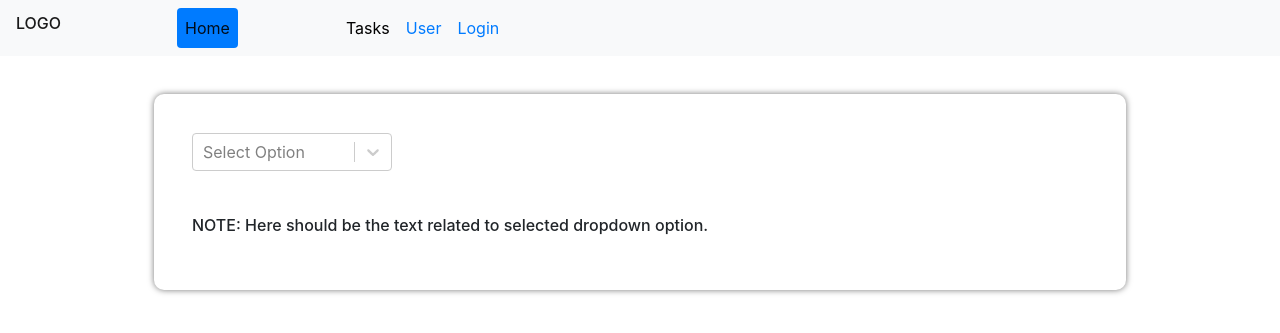
Repository: lalji-yadav/Nimapinfotech-demo-project
Page: /
An editor plug-in stored every save of this project. The page is shown before and after the next save, followed by the edit.
The browser window is 1280 px wide. The pictures show the whole page.
The project was rebuilt for these pictures with package versions that can differ from the ones it lists, and the page was loaded fresh each time. Also part of the build but not shown: src/components/Tasks.js, src/components/Users.js, src/components/Login.js.

Above is the page before, as saved 2021-01-18 16:39:55.

After the next save:
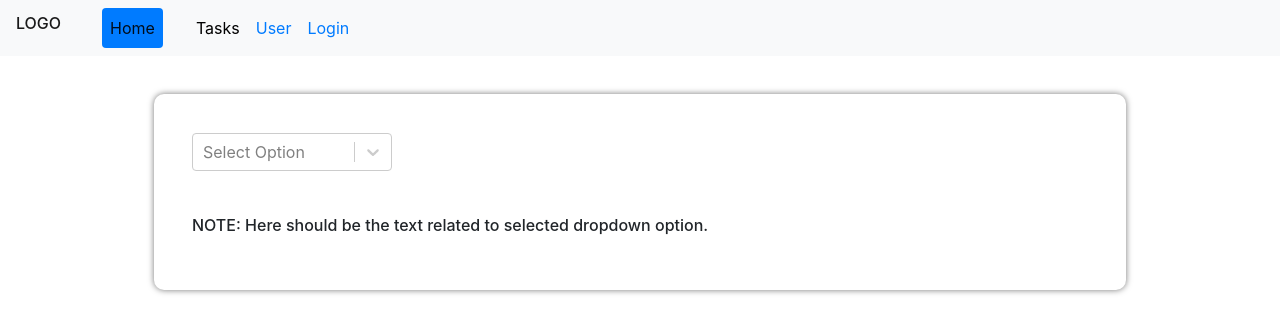
Saved 15 s later.
--- a/src/App.css
+++ b/src/App.css
@@ -24,6 +24,6 @@
 }
 
 .navbarbtn {
-     margin-left: 100px;
+     margin-left: 25px;
      font-size:'1.5vw'
 }
